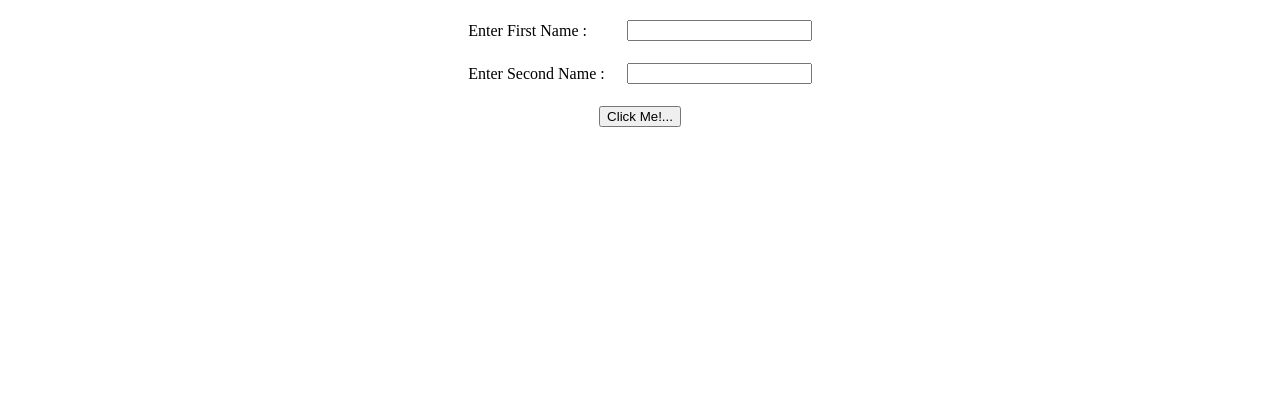
Repository: gajanansp07/Advance_Java_Practice
Page: Webapp/src/main/webapp/FullName.html
These files come from the project's save history. The page is drawn as it stood at one moment and after the next save; the edit follows.
The browser window is 1280 px wide. The pictures show the whole page.

Above is the page before, as saved 2022-03-13 06:47:48.

After the next save:
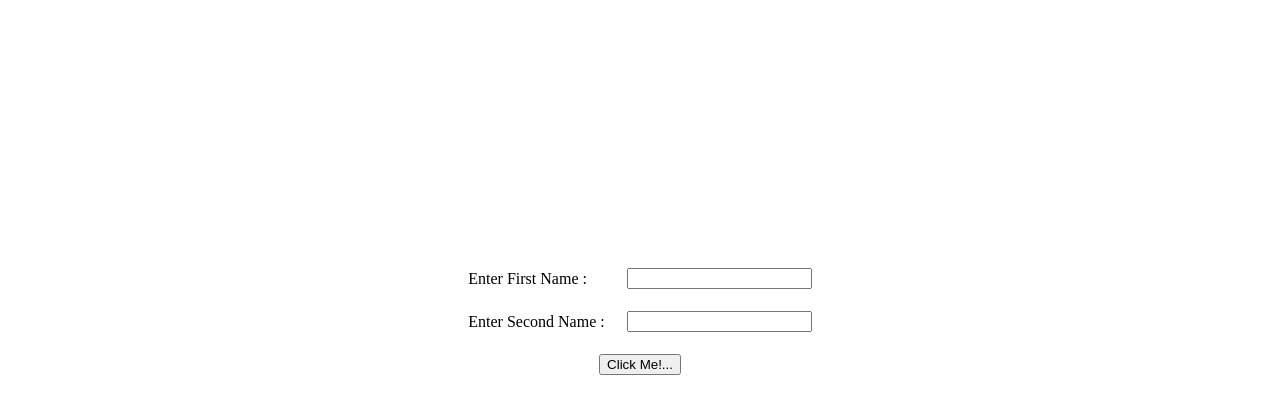
Saved 98 s later.
--- a/Webapp/src/main/webapp/FullName.html
+++ b/Webapp/src/main/webapp/FullName.html
@@ -5,7 +5,7 @@
 <title>Insert title here</title>
 <style>
    body{
-   		marging-bottem:"20%";
+   		    margin-top: 20%;
    }
 	td{
 		padding: 10px;
